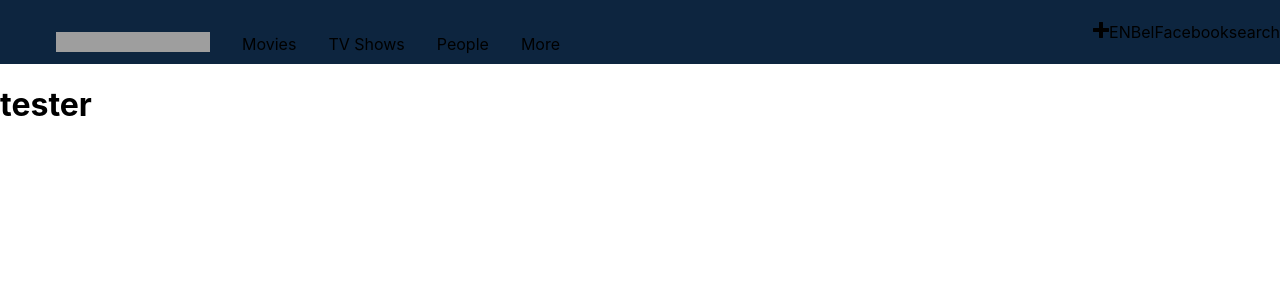
Repository: Fauzaanmhmd/qnpTesFrontend
Page: /
An editor plug-in stored every save of this project. The page is shown before and after the next save, followed by the edit.
The browser window is 1280 px wide. The pictures show the whole page.
Pictures or frames that could not be fetched are drawn as grey boxes. The page's requests for data from a server got no answer. The project was rebuilt for these pictures with package versions that can differ from the ones it lists, and the page was loaded fresh each time. The framework's server and built-in components were replaced by stand-ins that run in the browser. No one was signed in, and anything a server would have sent is missing. Also part of the build but not shown: next.config.js, styles/Moviecard.module.scss, pages/components/Moviecard.tsx.

Above is the page before, as saved 2022-03-17 13:42:55.

After the next save:
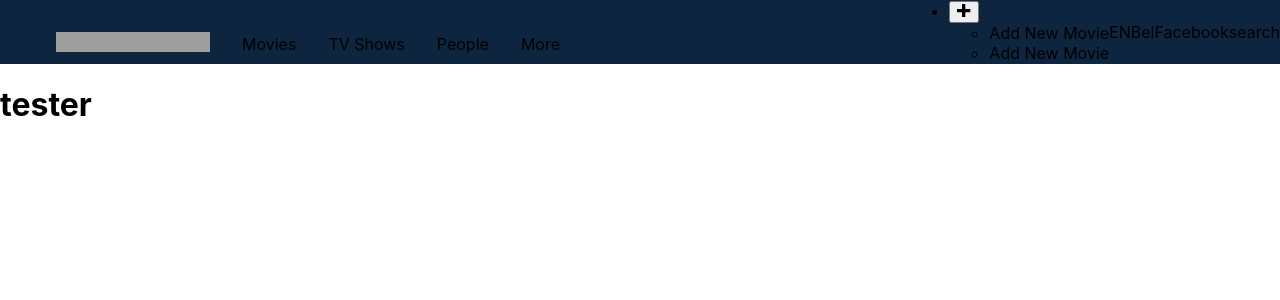
Saved 5 min 0 s later.
--- a/pages/components/Navbar.tsx
+++ b/pages/components/Navbar.tsx
@@ -46,8 +46,17 @@
                 </ul>
             </div>
             <div className={styles.NavbarIcon}>
-                <div>
-                    <ImPlus />
+                <div className={styles.menuBar}>
+                    <ul>
+                        <li><button><ImPlus /></button>
+                            <div>
+                                <ul>
+                                    <li>Add New Movie</li>
+                                    <li>Add New Movie</li>
+                                </ul>
+                            </div>
+                        </li>
+                    </ul>
                 </div>
                 <div>
                     EN
